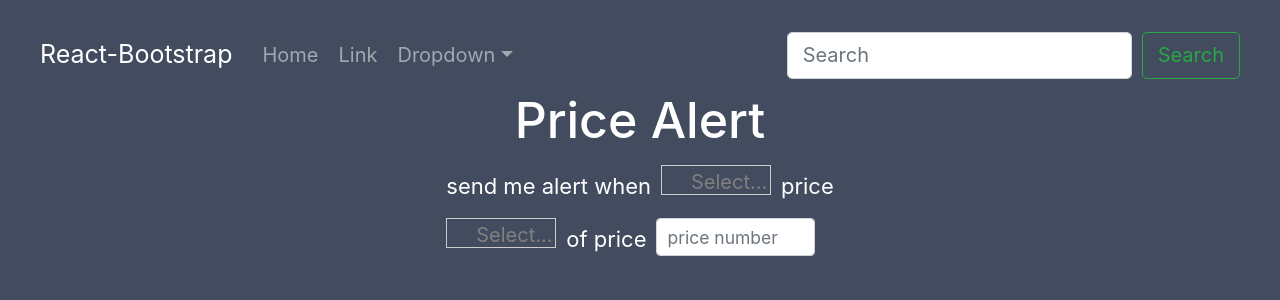
Repository: flychicken123/PriceAlertFront
Page: /
An editor plug-in stored every save of this project. The page is shown before and after the next save, followed by the edit.
The browser window is 1280 px wide. The pictures show the whole page.
The page's requests for data from a server got no answer. The project was rebuilt for these pictures with package versions that can differ from the ones it lists, and the page was loaded fresh each time. No one was signed in, and anything a server would have sent is missing. Also part of the build but not shown: src/App.css.

Above is the page before, as saved 2021-03-07 13:45:49.

### public/index.html
<!DOCTYPE html>
<html lang="en">
  <head>
    <meta charset="utf-8" />
    <link rel="icon" href="%PUBLIC_URL%/favicon.ico" />
    <meta name="viewport" content="width=device-width, initial-scale=1" />
    <meta name="theme-color" content="#000000" />
    <meta
      name="description"
      content="Web site created using create-react-app"
    />
    <link rel="apple-touch-icon" href="%PUBLIC_URL%/logo192.png" />
    <!--
      manifest.json provides metadata used when your web app is installed on a
      user's mobile device or desktop. See https://developers.google.com/web/fundamentals/web-app-manifest/
    -->
    <link rel="manifest" href="%PUBLIC_URL%/manifest.json" />
    <link
  rel="stylesheet"
  href="https://cdn.jsdelivr.net/npm/bootstrap@4.6.0/dist/css/bootstrap.min.css"
  integrity="sha384-B0vP5xmATw1+K9KRQjQERJvTumQW0nPEzvF6L/Z6nronJ3oUOFUFpCjEUQouq2+l"
  crossorigin="anonymous"
/>
<link rel="stylesheet" href="https://fonts.googleapis.com/css?family=Roboto:300,400,500,700&display=swap" />

    <!--
      Notice the use of %PUBLIC_URL% in the tags above.
      It will be replaced with the URL of the `public` folder during the build.
      Only files inside the `public` folder can be referenced from the HTML.

      Unlike "/favicon.ico" or "favicon.ico", "%PUBLIC_URL%/favicon.ico" will
      work correctly both with client-side routing and a non-root public URL.
      Learn how to configure a non-root public URL by running `npm run build`.
    -->
    <title>React App</title>
  </head>
  <body>
    <noscript>You need to enable JavaScript to run this app.</noscript>
    <div id="root"></div>
    <!--
      This HTML file is a template.
      If you open it directly in the browser, you will see an empty page.

      You can add webfonts, meta tags, or analytics to this file.
      The build step will place the bundled scripts into the <body> tag.

      To begin the development, run `npm start` or `yarn start`.
      To create a production bundle, use `npm run build` or `yarn build`.
    -->
  </body>
</html>

### src/App.js
import logo from './logo.svg';
import './App.css';
import { BrowserRouter as Router, Switch, Route } from 'react-router-dom';
import TopNavbar from './components/TopNavbar';
import Home from './components/Home.jsx';
const App = () => {
  return (
    <Router>
      <TopNavbar />
      <Switch>
        <Route path='/' component={Home} />
      </Switch>
    </Router>
  )
}

export default App;

### src/components/TopNavbar.jsx
import React, { Component } from 'react';
import { Button, Navbar, Nav, NavDropdown, Form, FormControl } from "react-bootstrap";
const TopNavbar = () => {
    return (
        <div>
            <Navbar bg="#282c34" variant="dark" expand="lg">
                <Navbar.Brand href="#home">React-Bootstrap</Navbar.Brand>
                <Navbar.Toggle aria-controls="basic-navbar-nav" />
                <Navbar.Collapse id="basic-navbar-nav">
                    <Nav className="mr-auto">
                        <Nav.Link href="#home">Home</Nav.Link>
                        <Nav.Link href="#link">Link</Nav.Link>
                        <NavDropdown title="Dropdown" id="basic-nav-dropdown">
                            <NavDropdown.Item href="#action/3.1">Action</NavDropdown.Item>
                            <NavDropdown.Item href="#action/3.2">Another action</NavDropdown.Item>
                            <NavDropdown.Item href="#action/3.3">Something</NavDropdown.Item>
                            <NavDropdown.Divider />
                            <NavDropdown.Item href="#action/3.4">Separated link</NavDropdown.Item>
                        </NavDropdown>
                    </Nav>
                    <Form inline>
                        <FormControl type="text" placeholder="Search" className="mr-sm-2" />
                        <Button variant="outline-success">Search</Button>
                    </Form>
                </Navbar.Collapse>
            </Navbar>
        </div>
    )
};
export default TopNavbar

### src/components/Home.jsx
import React, { useState, Component, Select, useEffect, useCallback } from 'react';
import AsyncSelect from 'react-select/async';
import { Form, Container, Col } from 'react-bootstrap';
import { Helmet } from 'react-helmet';
import '../css/Home.css';
export default function Home(props) {

    const [coinTypes, setCoinTypes] = useState([]);
    const [selectedOption, setSelectedOption] = useState(props ? props.match?.params?.template_id : null);
    const customStyles = {
        control: base => ({
            ...base,
            height: 30,
            minHeight: 25,
            maxHeight: 30,
            width: 110,
            textAlign: "50",
            fontSize: 14,
        }),
        dropdownIndicator: base => ({
            ...base,
            display: "none"
        }),
        indicatorSeparator: base => ({
            ...base,
            display: "none"
        }),
        valueContainer: base => ({
            ...base,
            bottom: 5,
            paddingLeft: 27,
        })
    };

    // const coinOptions = (f) => {
    //     return [{ name: "- select -", id: "" }, ...coinTypes].map((coinType) => {
    //         return {
    //             label: coinType.name,
    //             value: coinType.id
    //         }
    //     })
    // };
    const handleCoinChange = useCallback((coin_id) => {
        setSelectedOption(coin_id);
        console.log(coin_id.name);
    }, []);
    const fetchCoinList = () => {
        return fetch(`https://6043fea2a20ace001728e9b7.mockapi.io/api/v1/coinlist/coinlist`).then(res => res.json());
    }


    return (

        < div className='mainControl' >
            <Helmet>
                <style>{'body { background-color: #434c5f;text-align: center; padding: 20px;color: white; }'}</style>
            </Helmet>
            <Container fluid="md">

                <div style={{ display: 'flex', justifyContent: 'center', height: '50vh', backgroundColor: '#434c5f', width: '200' }}>

                    <Form>
                        <h1>Price Alert</h1>

                        <Form.Row className="row-space">

                            <Col lg="auto" ><Form.Text className="normalText">send me alert when</Form.Text></Col>
                            <Col md="auto">
                                <AsyncSelect
                                    cacheOptions
                                    defaultOptions
                                    onChange={handleCoinChange}
                                    value={selectedOption}
                                    loadOptions={fetchCoinList}
                                    getOptionValue={option => option.id}
                                    getOptionLabel={option => option.name}
                                    styles={customStyles}
                                    theme={theme => ({
                                        ...theme,
                                        borderRadius: 0,
                                        colors: {
                                            ...theme.colors,
                                            primary25: '#191f2b',
                                            primary: '#515c73f',
                                            neutral0: '434c5f',
                                            neutral80: 'white'

                                        },
                                    })}
                                />
                            </Col>
                            <Col xs="auto"><Form.Text className="normalText">price</Form.Text></Col>

                        </Form.Row>

                        <Form.Row className="row-space">
                            <Col xs="auto">
                                <AsyncSelect
                                    cacheOptions
                                    defaultOptions
                                    onChange={handleCoinChange}
                                    value={selectedOption}
                                    loadOptions={fetchCoinList}
                                    getOptionValue={option => option.id}
                                    getOptionLabel={option => option.name}
                                    styles={customStyles}
                                    theme={theme => ({
                                        ...theme,
                                        borderRadius: 0,
                                        colors: {
                                            ...theme.colors,
                                            primary25: '#191f2b',
                                            primary: '#515c73f',
                                            neutral0: '434c5f',
                                            neutral80: 'white'

                                        },
                                    })}
                                />

                            </Col>
                            <Col xs="auto"><Form.Text className="normalText">of price</Form.Text></Col>
                            <Col xs="auto"> <Form.Control className="smaller-input" htmlSize="8" size="sm" type="text" placeholder="price number" /></Col>
                        </Form.Row>
                    </Form>

                </div>
            </Container>
        </div >
    )
}

### src/css/Home.css
/* body {
    background-color: #282c34;
    color: white;
    padding: 40px;
    font-family: Arial;
    text-align: center;
  } */
  .normalText{font-size: 22px;}
  * {font-size: 20px;}

  .smaller-input {
    font-size: 5px;
    padding: 2px 5px;
  }
  .row-space{
    margin: 15px;
  }

Loaded but not shown: src/index.js (common file); src/index.css (common file); src/reportWebVitals.js (common file)

After the next save:
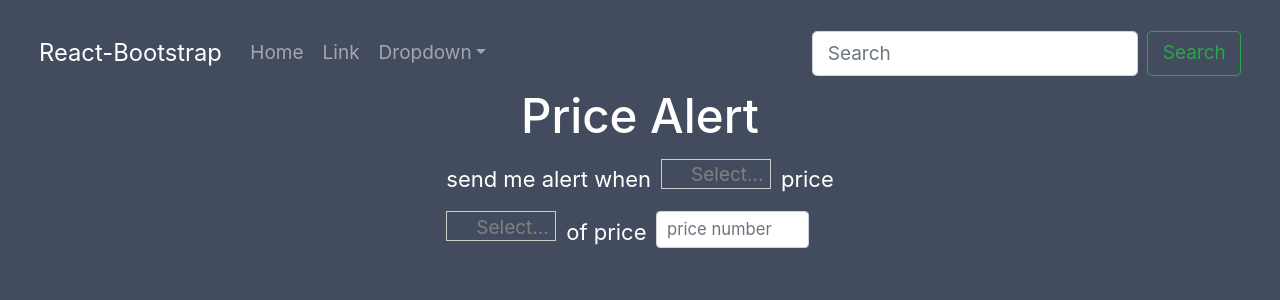
Saved 17 s later.
--- a/src/css/Home.css
+++ b/src/css/Home.css
@@ -6,7 +6,7 @@
     text-align: center;
   } */
   .normalText{font-size: 22px;}
-  * {font-size: 20px;}
+  * {font-size: 19px;}
 
   .smaller-input {
     font-size: 5px;
